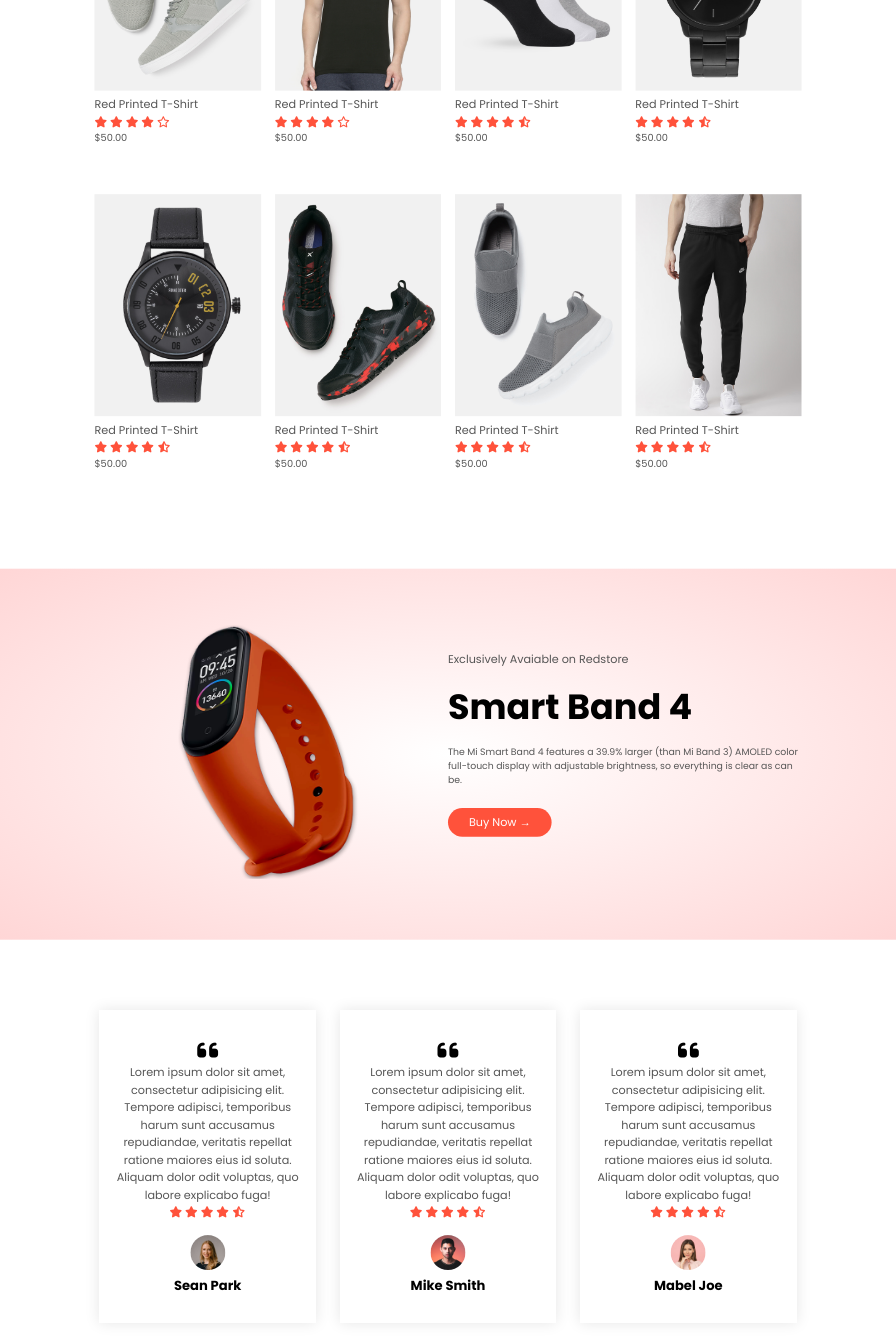
Repository: datvu1608/redsportstore
Page: index.html
The author's editor kept a copy of each file at every save. The page is drawn from the files as they stood at one save, then again after the next save.
The browser window is 1280 px wide. The pictures show the part of the page from y = 2249 to 4169 px (the page is 4169 px tall), at 70% of full size.

Above is the page before, as saved 2023-11-23 15:02:17.

### index.html
<!DOCTYPE html>
<html lang="en">
  <head>
    <meta charset="UTF-8" />
    <meta name="viewport" content="width=device-width, initial-scale=1.0" />
    <title>Restore | Ecommerce Website Design</title>
    <link
      href="https://fonts.googleapis.com/css2?family=Poppins:wght@300;400;500;600;700&display=swap"
      rel="stylesheet"
    />
    <link
      rel="stylesheet"
      href="https://cdnjs.cloudflare.com/ajax/libs/font-awesome/6.4.2/css/all.min.css"
    />
    <link rel="stylesheet" href="./styles.css" />
  </head>
  <body>
    <div class="header">
      <div class="container">
        <div class="navbar">
          <div class="logo">
            <img src="./images/logo.png" alt="" width="125px" />
          </div>
          <nav>
            <ul>
              <li>
                <a href="#">Home</a>
              </li>
              <li>
                <a href="#">Products</a>
              </li>
              <li>
                <a href="#">About</a>
              </li>
              <li>
                <a href="#">Contact</a>
              </li>
              <li>
                <a href="#">Account</a>
              </li>
            </ul>
          </nav>
          <img
            src="./images/cart.png"
            width="30px"
            height="30px"
            alt="cart-icon"
          />
        </div>
        <div class="row">
          <div class="col-2">
            <h1>Give Your Workout <br />A New Style!</h1>
            <p>
              Succes isn't always about greatness. It's about consistency.
              Consistent hard work gains success. Greatness will come.
            </p>
            <a href="" class="btn">Explore Now &#8594;</a>
          </div>
          <div class="col-2">
            <img src="./images/image1.png" alt="" />
          </div>
        </div>
      </div>
    </div>
    <!-- featured categories -->
    <div class="categories">
      <div class="small-container">
        <div class="row">
          <div class="col-3">
            <img src="./images/category-1.jpg" alt="" />
          </div>
          <div class="col-3">
            <img src="./images/category-2.jpg" alt="" />
          </div>
          <div class="col-3">
            <img src="./images/category-3.jpg" alt="" />
          </div>
        </div>
      </div>
    </div>
    <!-- featured-products -->
    <div class="small-container">
      <h2 class="title">Featured Products</h2>
      <div class="row">
        <div class="col-4">
          <img src="./images/product-1.jpg" alt="" />
          <h4>Red Printed T-Shirt</h4>
          <div class="rating">
            <i class="fa-solid fa-star"></i>
            <i class="fa-solid fa-star"></i>
            <i class="fa-solid fa-star"></i>
            <i class="fa-solid fa-star"></i>
            <i class="fa-regular fa-star"></i>
          </div>
          <p>$50.00</p>
        </div>
        <div class="col-4">
          <img src="./images/product-2.jpg" alt="" />
          <h4>Red Printed T-Shirt</h4>
          <div class="rating">
            <i class="fa-solid fa-star"></i>
            <i class="fa-solid fa-star"></i>
            <i class="fa-solid fa-star"></i>
            <i class="fa-solid fa-star"></i>
            <i class="fa-regular fa-star"></i>
          </div>
          <p>$50.00</p>
        </div>
        <div class="col-4">
          <img src="./images/product-3.jpg" alt="" />
          <h4>Red Printed T-Shirt</h4>
          <div class="rating">
            <i class="fa-solid fa-star"></i>
            <i class="fa-solid fa-star"></i>
            <i class="fa-solid fa-star"></i>
            <i class="fa-solid fa-star"></i>
            <i class="fa-solid fa-star-half-stroke"></i>
          </div>
          <p>$50.00</p>
        </div>
        <div class="col-4">
          <img src="./images/product-4.jpg" alt="" />
          <h4>Red Printed T-Shirt</h4>
          <div class="rating">
            <i class="fa-solid fa-star"></i>
            <i class="fa-solid fa-star"></i>
            <i class="fa-solid fa-star"></i>
            <i class="fa-solid fa-star"></i>
            <i class="fa-solid fa-star-half-stroke"></i>
          </div>
          <p>$50.00</p>
        </div>
      </div>
      <h2 class="title">Lates Products</h2>
      <div class="row">
        <div class="col-4">
          <img src="./images/product-5.jpg" alt="" />
          <h4>Red Printed T-Shirt</h4>
          <div class="rating">
            <i class="fa-solid fa-star"></i>
            <i class="fa-solid fa-star"></i>
            <i class="fa-solid fa-star"></i>
            <i class="fa-solid fa-star"></i>
            <i class="fa-regular fa-star"></i>
          </div>
          <p>$50.00</p>
        </div>
        <div class="col-4">
          <img src="./images/product-6.jpg" alt="" />
          <h4>Red Printed T-Shirt</h4>
          <div class="rating">
            <i class="fa-solid fa-star"></i>
            <i class="fa-solid fa-star"></i>
            <i class="fa-solid fa-star"></i>
            <i class="fa-solid fa-star"></i>
            <i class="fa-regular fa-star"></i>
          </div>
          <p>$50.00</p>
        </div>
        <div class="col-4">
          <img src="./images/product-7.jpg" alt="" />
          <h4>Red Printed T-Shirt</h4>
          <div class="rating">
            <i class="fa-solid fa-star"></i>
            <i class="fa-solid fa-star"></i>
            <i class="fa-solid fa-star"></i>
            <i class="fa-solid fa-star"></i>
            <i class="fa-solid fa-star-half-stroke"></i>
          </div>
          <p>$50.00</p>
        </div>
        <div class="col-4">
          <img src="./images/product-8.jpg" alt="" />
          <h4>Red Printed T-Shirt</h4>
          <div class="rating">
            <i class="fa-solid fa-star"></i>
            <i class="fa-solid fa-star"></i>
            <i class="fa-solid fa-star"></i>
            <i class="fa-solid fa-star"></i>
            <i class="fa-solid fa-star-half-stroke"></i>
          </div>
          <p>$50.00</p>
        </div>
        <div class="col-4">
          <img src="./images/product-9.jpg" alt="" />
          <h4>Red Printed T-Shirt</h4>
          <div class="rating">
            <i class="fa-solid fa-star"></i>
            <i class="fa-solid fa-star"></i>
            <i class="fa-solid fa-star"></i>
            <i class="fa-solid fa-star"></i>
            <i class="fa-solid fa-star-half-stroke"></i>
          </div>
          <p>$50.00</p>
        </div>
        <div class="col-4">
          <img src="./images/product-10.jpg" alt="" />
          <h4>Red Printed T-Shirt</h4>
          <div class="rating">
            <i class="fa-solid fa-star"></i>
            <i class="fa-solid fa-star"></i>
            <i class="fa-solid fa-star"></i>
            <i class="fa-solid fa-star"></i>
            <i class="fa-solid fa-star-half-stroke"></i>
          </div>
          <p>$50.00</p>
        </div>
        <div class="col-4">
          <img src="./images/product-11.jpg" alt="" />
          <h4>Red Printed T-Shirt</h4>
          <div class="rating">
            <i class="fa-solid fa-star"></i>
            <i class="fa-solid fa-star"></i>
            <i class="fa-solid fa-star"></i>
            <i class="fa-solid fa-star"></i>
            <i class="fa-solid fa-star-half-stroke"></i>
          </div>
          <p>$50.00</p>
        </div>
        <div class="col-4">
          <img src="./images/product-12.jpg" alt="" />
          <h4>Red Printed T-Shirt</h4>
          <div class="rating">
            <i class="fa-solid fa-star"></i>
            <i class="fa-solid fa-star"></i>
            <i class="fa-solid fa-star"></i>
            <i class="fa-solid fa-star"></i>
            <i class="fa-solid fa-star-half-stroke"></i>
          </div>
          <p>$50.00</p>
        </div>
      </div>
    </div>
    <!-- offer -->
    <div class="offer">
      <div class="small-container">
        <div class="row">
          <div class="col-2">
            <img src="./images/exclusive.png" class="offer-img" alt="" />
          </div>
          <div class="col-2">
            <p>Exclusively Avaiable on Redstore</p>
            <h1>Smart Band 4</h1>
            <small
              >The Mi Smart Band 4 features a 39.9% larger (than Mi Band 3)
              AMOLED color full-touch display with adjustable brightness, so
              everything is clear as can be.
            </small>
            <a href="#" class="btn">Buy Now &#8594;</a>
          </div>
        </div>
      </div>
    </div>
    <!-- testimonial -->
    <div class="testimonial">
      <div class="small-container">
        <div class="row">
          <div class="col-3">
            <i class="fa-solid fa-quote-left"></i>
            <p>
              Lorem ipsum dolor sit amet, consectetur adipisicing elit. Tempore
              adipisci, temporibus harum sunt accusamus repudiandae, veritatis
              repellat ratione maiores eius id soluta. Aliquam dolor odit
              voluptas, quo labore explicabo fuga!
            </p>
            <div class="rating">
              <i class="fa-solid fa-star"></i>
              <i class="fa-solid fa-star"></i>
              <i class="fa-solid fa-star"></i>
              <i class="fa-solid fa-star"></i>
              <i class="fa-solid fa-star-half-stroke"></i>
            </div>
            <img src="./images/user-1.png" alt="" />
            <h3>Sean Park</h3>
          </div>
          <div class="col-3">
            <i class="fa-solid fa-quote-left"></i>
            <p>
              Lorem ipsum dolor sit amet, consectetur adipisicing elit. Tempore
              adipisci, temporibus harum sunt accusamus repudiandae, veritatis
              repellat ratione maiores eius id soluta. Aliquam dolor odit
              voluptas, quo labore explicabo fuga!
            </p>
            <div class="rating">
              <i class="fa-solid fa-star"></i>
              <i class="fa-solid fa-star"></i>
              <i class="fa-solid fa-star"></i>
              <i class="fa-solid fa-star"></i>
              <i class="fa-solid fa-star-half-stroke"></i>
            </div>
            <img src="./images/user-2.png" alt="" />
            <h3>Mike Smith</h3>
          </div>
          <div class="col-3">
            <i class="fa-solid fa-quote-left"></i>
            <p>
              Lorem ipsum dolor sit amet, consectetur adipisicing elit. Tempore
              adipisci, temporibus harum sunt accusamus repudiandae, veritatis
              repellat ratione maiores eius id soluta. Aliquam dolor odit
              voluptas, quo labore explicabo fuga!
            </p>
            <div class="rating">
              <i class="fa-solid fa-star"></i>
              <i class="fa-solid fa-star"></i>
              <i class="fa-solid fa-star"></i>
              <i class="fa-solid fa-star"></i>
              <i class="fa-solid fa-star-half-stroke"></i>
            </div>
            <img src="./images/user-3.png" alt="" />
            <h3>Mabel Joe</h3>
          </div>
        </div>
      </div>
    </div>
  </body>
</html>

### styles.css
* {
  margin: 0;
  padding: 0;
  box-sizing: border-box;
}
body {
  font-family: 'Poppins', sans-serif;
}
a {
  text-decoration: none;
}
.navbar {
  display: flex;
  align-items: center;
  padding: 20px;
}
nav {
  flex: 1;
  text-align: right;
}
nav ul {
  display: inline-block;
  list-style-type: none;
}
nav ul li {
  display: inline-block;
  margin-right: 20px;
}
nav ul li a {
  text-decoration: none;
  color: #555;
}

p {
  color: #555;
}
.container {
  max-width: 1300px;
  margin: auto;
  padding-left: 25px;
  padding-right: 25px;
}
.row {
  display: flex;
  align-items: center;
  flex-wrap: wrap;
  justify-content: space-around;
}
.col-2 {
  flex-basis: 50%;
  min-width: 300px;
}
.col-2 img {
  max-width: 100%;
  padding: 50px 0;
}
.col-2 h1 {
  font-size: 50px;
  line-height: 60px;
  margin: 25px 0;
}
.btn {
  display: inline-block;
  background: #ff523b;
  border-radius: 30px;
  color: #fff;
  padding: 8px 30px;
  margin: 30px 0;
  transition: 0.5s;
}
.btn:hover {
  background: #563434;
}
.header {
  background: radial-gradient(#fff, #ffd6d6);
}
.header .row {
  margin-top: 70px;
}

.categories {
  margin: 70px 0;
}
.col-3 {
  flex-basis: 30%;
  min-width: 250px;
  margin-bottom: 30px;
}
.col-3 img {
  width: 100%;
}
.small-container {
  max-width: 1080px;
  margin: auto;
  padding-left: 25px;
  padding-right: 25px;
}
.col-4 {
  flex-basis: 25%;
  padding: 10px;
  min-width: 200px;
  margin-bottom: 50px;
  transition: 0.5s;
}
.col-4 img {
  width: 100%;
}

.title {
  text-align: center;
  margin: 0 auto 80px;
  position: relative;
  line-height: 60px;
  color: #555;
}
.title::after {
  content: '';
  background: #ff523b;
  width: 80px;
  height: 5px;
  position: absolute;
  border-radius: 5px;
  bottom: 0;
  left: 50%;
  transform: translateX(-50%);
}
h4 {
  color: #555;
  font-weight: normal;
}
.col-4 p {
  font-size: 14px;
}
.rating .fa-star,
.fa-star-half-stroke {
  color: #ff523b;
}

.col-4:hover {
  transform: translateY(-10px);
}
.offer {
  background: radial-gradient(#fff, #ffd6d6);
  margin-top: 80px;
  padding: 30px 0;
}
.col-2 .offer-img {
  padding: 50px;
}
small {
  color: #555;
  display: block;
}

/* Testimonial */
.testimonial {
  padding-top: 100px;
}
.testimonial .col-3 {
  text-align: center;
  padding: 40px 20px;
  box-shadow: 0 0 20px 0px rgba(0, 0, 0, 0.1);
  cursor: pointer;
  transition: transform 0.5s;
}
.testimonial .col-3 img {
  width: 50px;
  margin-top: 20px;
  border-radius: 50%;
}
.testimonial .col-3:hover {
  transform: translateY(-10px);
}
.fa-solid.fa-quote-left {
  font-size: 34px;
  color: #;
}

After the next save:
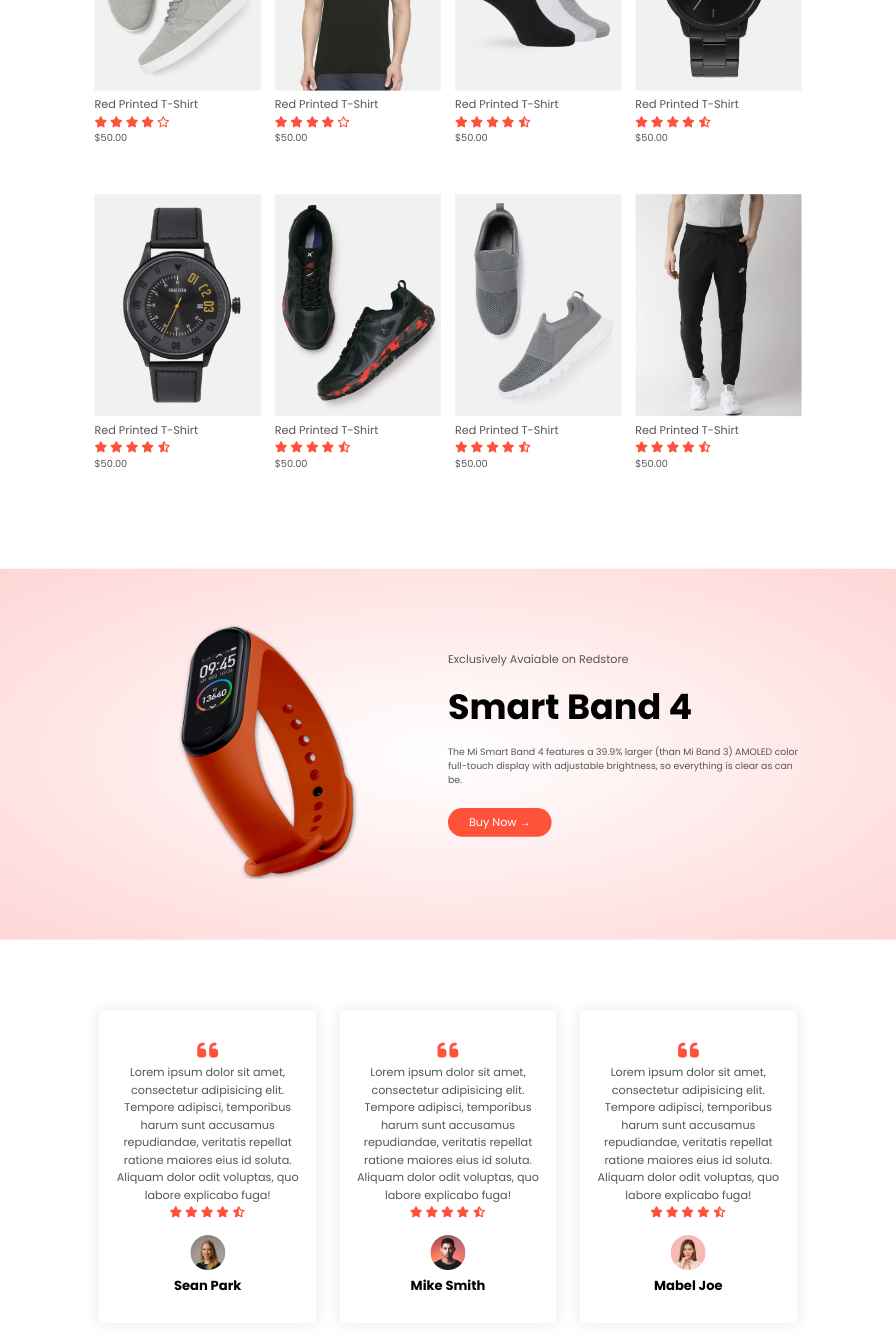
Saved 11 s later.
--- a/styles.css
+++ b/styles.css
@@ -173,5 +173,5 @@
 }
 .fa-solid.fa-quote-left {
   font-size: 34px;
-  color: #;
+  color: #ff523b;
 }
